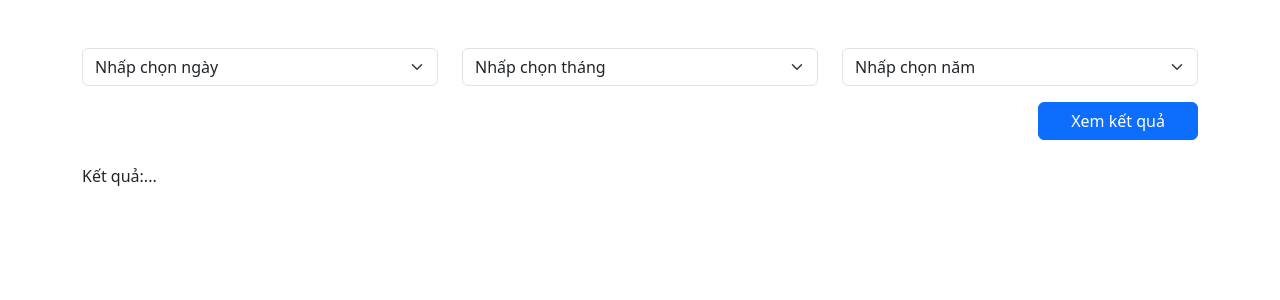
Repository: hoangngocnguyen/JavaNangCao
Page: http://localhost/Test/ngaythang.jsp
The author's editor kept a copy of each file at every save. The page is drawn from the files as they stood at one save, then again after the next save.
The browser window is 1280 px wide. The pictures show the whole page.
The page is served by Tomcat 10.

Above is the page before, as saved 2025-09-12 14:57:00.

After the next save:
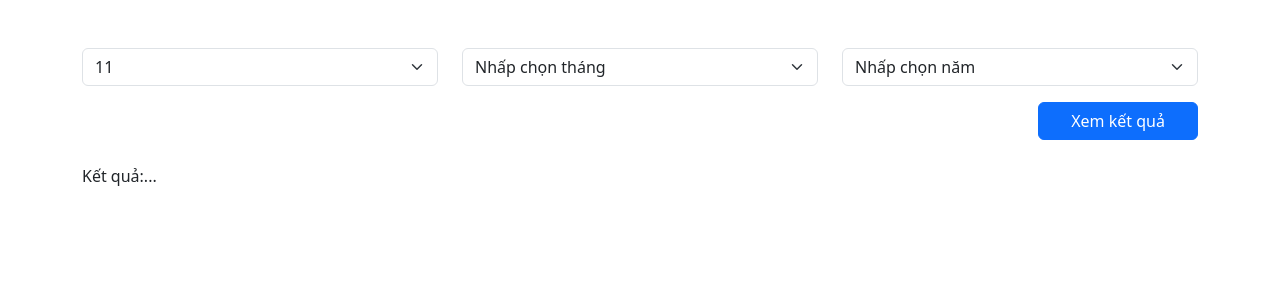
Saved 64 s later.
--- a/Test/src/main/webapp/ngaythang.jsp
+++ b/Test/src/main/webapp/ngaythang.jsp
@@ -29,7 +29,7 @@
 
              %>
             <select class="form-select" aria-label="Default select example" id="DaySelect">
-                <option selected>Nhấp chọn ngày</option>
+                <option selected><%=day %></option>
 
                 <option value="1">One</option>
                 <option value="2">Two</option>
